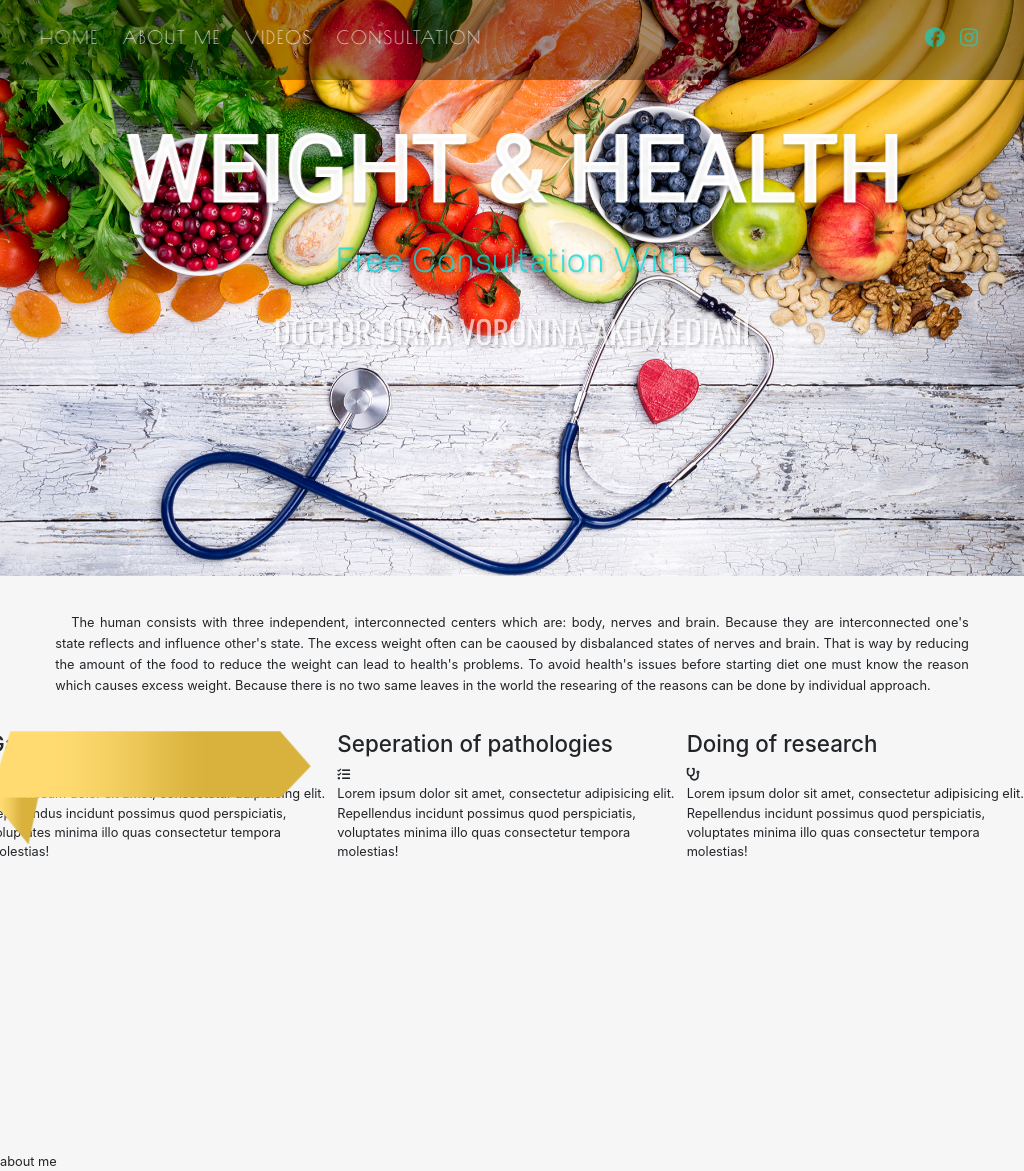
Repository: Aleksandre19/cv-ucmp
Page: index.html
The author's editor kept a record of every edit. The page is drawn from the files as they stood at one moment, then again after the next edit.
The browser window is 1280 px wide. The pictures show the whole page, at 80% of full size.
Backgrounds fixed to the window are drawn as part of the page. Some web libraries are served in a nearby version.

Above is the page before.

### index.html
<!DOCTYPE html>
<html lang="en">

<head>
    <meta charset="UTF-8">
    <meta name="viewport" content="width=device-width, initial-scale=1.0">
    <meta http-equiv="X-UA-Compatible" content="ie=edge">
    <link rel="stylesheet" href="https://stackpath.bootstrapcdn.com/bootstrap/4.4.1/css/bootstrap.min.css" integrity="sha384-Vkoo8x4CGsO3+Hhxv8T/Q5PaXtkKtu6ug5TOeNV6gBiFeWPGFN9MuhOf23Q9Ifjh" crossorigin="anonymous">
    <link rel="stylesheet" href="https://cdnjs.cloudflare.com/ajax/libs/hover.css/2.3.1/css/hover-min.css" type="text/css" />
    <link rel="stylesheet" href="https://cdnjs.cloudflare.com/ajax/libs/font-awesome/5.11.2/css/all.min.css" type="text/css" />
    <link rel="stylesheet" href="assets/css/style.css" type="text/css" />
    <title>Document</title>


</head>

<body>



    <!-- HEADER -->
    <header class="container-fluid header no-gutters">
        <div class="row menuSlWrapper">

            <!-- TOP MAIN MENU -->
            <div class="col-8 col-sm-9 col-md-10 top-menu-wrapper">
                <nav class="navbar navbar-expand-md navbar-light main-menu">
                    <button class="navbar-toggler purple darken-3" type="button" data-toggle="collapse" data-target="#mainMenuDropdown" aria-controls="mainMenuDropdown" aria-expanded="false" aria-label="Toggle navigation">
                        <span class="navbar-toggler-icon"></span>
                    </button>
                    <div class="collapse navbar-collapse" id="mainMenuDropdown">
                        <ul class="navbar-nav mr-auto  ">
                            <li class="navbar-item"><a href="#" class="hvr-float ">home</a></li>
                            <li class="navbar-item"><a href="#" class="hvr-float">about me</a></li>
                            <li class="navbar-item"><a href="#" class="hvr-float">videos</a></li>
                            <li class="navbar-item"><a href="#" class="hvr-float">consultation</a></li>
                        </ul>
                    </div>
                </nav>
            </div>
            <!-- / TOP MAIN MENU -->

            <!-- TOP SOCIAL LINKS -->
            <div class="col-4 col-sm-3 col-md-2 social-links">
                <div class="row">
                    <div class="sl-wrapper">
                        <a href="http://www.facebook.com" target="_blank"><i class="fab fa-facebook"></i></a>
                        <a href="http://www.instagram.com" target="_blank"><i class="fab fa-instagram"></i></a>
                    </div>
                </div>
            </div>
            <!-- /TOP SOCIAL LINKS -->

        </div>
    </header>
    <!-- /HEADER -->


    <section class="container-fluid sections ">
        <!-- Here goes background slideshow's images -->
        <div class="container-fluid slideshow">

            <!-- /Welcoming text animations's container-->
        </div>
    </section>
    <div class="text-container">
        <!-- Welcoming text animations's container-->
        <div id="wh-container">
            <!-- Weight & Health's svg file container  -->
            <!-- Weight & Health's svg file -->
            <svg id="logo" width="100%" height="97" viewBox="0 0 973 97" fill="none" xmlns="http://www.w3.org/2000/svg">
                        <g filter="url(#filter0_d)">
                            <path d="M31.1216 59.2261L32.6938 70.0073L34.9961 60.293L51.168 3.24219H60.2646L76.0435 60.293L78.2896 70.1758L80.0303 59.1699L92.7207 3.24219H103.558L83.7363 85H73.9097L57.064 25.4224L55.7725 19.1895L54.481 25.4224L37.0176 85H27.1909L7.42529 3.24219H18.2065L31.1216 59.2261Z" stroke="white" stroke-width="4" mask="url(#path-1-outside-1)"/>
                            <path d="M161.788 47.2095H126.356V76.1841H167.516V85H115.575V3.24219H166.954V12.1143H126.356V38.3936H161.788V47.2095Z" stroke="white" stroke-width="4" mask="url(#path-1-outside-1)"/>
                            <path d="M192.503 85H181.722V3.24219H192.503V85Z" stroke="white" stroke-width="4" mask="url(#path-1-outside-1)"/>
                            <path d="M272.633 74.2749C269.863 78.243 265.988 81.2191 261.009 83.2031C256.068 85.1497 250.303 86.123 243.714 86.123C237.051 86.123 231.136 84.5695 225.97 81.4624C220.804 78.3179 216.799 73.8631 213.954 68.0981C211.146 62.3332 209.705 55.651 209.63 48.0518V40.9204C209.63 28.6043 212.494 19.0584 218.221 12.2827C223.986 5.507 232.072 2.11914 242.479 2.11914C251.014 2.11914 257.883 4.30908 263.087 8.68896C268.29 13.0314 271.472 19.2082 272.633 27.2192H261.852C259.83 16.4006 253.391 10.9912 242.535 10.9912C235.31 10.9912 229.826 13.5368 226.083 18.6279C222.376 23.6816 220.505 31.0189 220.467 40.6396V47.3218C220.467 56.4933 222.564 63.7931 226.756 69.2212C230.949 74.6118 236.62 77.3071 243.771 77.3071C247.813 77.3071 251.351 76.8579 254.383 75.9595C257.416 75.061 259.924 73.5449 261.908 71.4111V53.0493H242.984V44.2896H272.633V74.2749Z" stroke="white" stroke-width="4" mask="url(#path-1-outside-1)"/>
                            <path d="M353.492 85H342.655V47.2095H301.439V85H290.658V3.24219H301.439V38.3936H342.655V3.24219H353.492V85Z" stroke="white" stroke-width="4" mask="url(#path-1-outside-1)"/>
                            <path d="M427.445 12.1143H401.166V85H390.44V12.1143H364.217V3.24219H427.445V12.1143Z" stroke="white" stroke-width="4" mask="url(#path-1-outside-1)"/>
                            <path d="M462.035 63.0444C462.035 59.1138 463.12 55.5013 465.292 52.207C467.5 48.9128 471.693 45.0757 477.87 40.6958C474.238 36.2785 471.805 32.7222 470.57 30.0269C469.334 27.3315 468.717 24.6549 468.717 21.9971C468.717 15.7829 470.551 10.9163 474.22 7.39746C477.888 3.87858 482.867 2.11914 489.156 2.11914C494.771 2.11914 499.413 3.76628 503.082 7.06055C506.751 10.3174 508.585 14.4352 508.585 19.4141C508.585 22.7083 507.743 25.7593 506.058 28.5669C504.411 31.3371 501.51 34.257 497.354 37.3267L491.346 41.7627L509.54 63.4937C512.085 58.6271 513.358 53.2178 513.358 47.2656H522.735C522.735 56.8115 520.433 64.729 515.829 71.0181L527.508 85H515.042L509.596 78.5425C506.826 81.0132 503.569 82.9036 499.825 84.2139C496.119 85.4867 492.338 86.123 488.482 86.123C480.509 86.123 474.107 84.008 469.278 79.7778C464.449 75.5477 462.035 69.9699 462.035 63.0444ZM488.482 77.644C493.985 77.644 499.02 75.5477 503.587 71.355L483.653 47.4902L481.8 48.8379C475.549 53.4424 472.423 58.1779 472.423 63.0444C472.423 67.4618 473.845 70.9993 476.69 73.6572C479.573 76.3151 483.504 77.644 488.482 77.644ZM479.105 21.6602C479.105 25.2539 481.314 29.7461 485.731 35.1367L492.357 30.4761C494.903 28.6792 496.643 26.9759 497.579 25.3662C498.515 23.7191 498.983 21.735 498.983 19.4141C498.983 16.9059 498.047 14.8283 496.175 13.1812C494.304 11.4966 491.945 10.6543 489.1 10.6543C486.03 10.6543 483.597 11.7025 481.8 13.7988C480.003 15.8577 479.105 18.4782 479.105 21.6602Z" stroke="white" stroke-width="4" mask="url(#path-1-outside-1)"/>
                            <path d="M628.751 85H617.914V47.2095H576.698V85H565.917V3.24219H576.698V38.3936H617.914V3.24219H628.751V85Z" stroke="white" stroke-width="4" mask="url(#path-1-outside-1)"/>
                            <path d="M694.112 47.2095H658.68V76.1841H699.84V85H647.899V3.24219H699.278V12.1143H658.68V38.3936H694.112V47.2095Z" stroke="white" stroke-width="4" mask="url(#path-1-outside-1)"/>
                            <path d="M758.407 63.6621H724.154L716.461 85H705.343L736.563 3.24219H745.997L777.274 85H766.212L758.407 63.6621ZM727.411 54.79H755.206L741.28 16.5503L727.411 54.79Z" stroke="white" stroke-width="4" mask="url(#path-1-outside-1)"/>
                            <path d="M799.117 76.1841H837.862V85H788.28V3.24219H799.117V76.1841Z" stroke="white" stroke-width="4" mask="url(#path-1-outside-1)"/>
                            <path d="M891.151 12.1143H864.872V85H854.146V12.1143H827.923V3.24219H891.151V12.1143Z" stroke="white" stroke-width="4" mask="url(#path-1-outside-1)"/>
                            <path d="M966.114 85H955.277V47.2095H914.061V85H903.28V3.24219H914.061V38.3936H955.277V3.24219H966.114V85Z" stroke="white" stroke-width="4" mask="url(#path-1-outside-1)"/>
                        </g>
                        <defs>
                            <filter id="filter0_d" x="0.884155" y="0.119141" width="971.23" height="96.0039" filterUnits="userSpaceOnUse" color-interpolation-filters="sRGB">
                                <feFlood flood-opacity="0" result="BackgroundImageFix"/>
                                <feColorMatrix in="SourceAlpha" type="matrix" values="0 0 0 0 0 0 0 0 0 0 0 0 0 0 0 0 0 0 127 0"/>
                                <feOffset dy="4"/>
                                <feGaussianBlur stdDeviation="2"/>
                                <feColorMatrix type="matrix" values="0 0 0 0 0 0 0 0 0 0 0 0 0 0 0 0 0 0 0.20 0"/>
                                <feBlend mode="normal" in2="BackgroundImageFix" result="effect1_dropShadow"/>
                                <feBlend mode="normal" in="SourceGraphic" in2="effect1_dropShadow" result="shape"/>
                            </filter>
                        </defs>
                    </svg>
            <!-- /Weight & Health's svg file -->
            <span class="sr-only"> Weight & Health </span>
            <!-- Span for screen reader -->
        </div>
        <!-- Weight & Health's svg file container  -->

        <!-- Consultation section -->
        <div id="free-consultation-text">
            <h1>Free Consultation With </h1>
        </div>
        <!-- /Consultation section -->

        <!-- Diana's section -->
        <div id="diana">
            <h2>
                Doctor Diana Voronina-Akhvlediani
            </h2>
        </div>
        <!--/ Diana's section -->

        <p><button class="btn btn-lg btn-signUp" data-toggle="modal" data-target="#signUpModal">Sign Up</button></p>
        <!-- Sing up button -->

    </div>


    <!-- Individual approach section-->
    <section class="sections gathering-section">

        <article class="description">
            <p>
                The human consists with three independent, interconnected centers which are: body, nerves and brain.
                Because they are interconnected one's state reflects and influence other's state.
                The excess weight often can be caoused by disbalanced states of nerves and brain.
                That is way by reducing the amount of the food to reduce the weight can lead to health's problems.
                To avoid health's issues before starting diet one must know the reason which causes excess weight.
                Because there is no two same leaves in the world the researing of the reasons can be done by individual approach.
            </p>


        </article>
        <div class="container-fluid approach-steps-wrapper">
            <div class="row">
                <div class="col-sm-4 approach-steps gathering-information">
                    <div class="row">
                        <article>
                            <h3 class="steps-title gathering-title">
                                Gathering approach
                            </h3>
                            <i class="far fa-comments"></i>
                            <p class="steps-text gathering-text">
                                Lorem ipsum dolor sit amet,
                                consectetur adipisicing elit.
                                Repellendus incidunt possimus quod
                                perspiciatis, voluptates minima illo quas
                                consectetur tempora molestias!

                            </p>
                        </article>
                    </div>
                </div>

                <div class="col-sm-4 approach-steps separation">
                    <div class="row">
                        <article>
                            <h3 class="steps-title separation-title">
                                Seperation of pathologies
                            </h3>
                            <i class="fas fa-tasks"></i>
                            <p class="steps-text separation-text">
                                Lorem ipsum dolor sit amet,
                                consectetur adipisicing elit.
                                Repellendus incidunt possimus quod
                                perspiciatis, voluptates minima illo quas
                                consectetur tempora molestias!
                            </p>
                        </article>
                    </div>
                </div>

                <div class="col-sm-4 approach-steps research">
                    <div class="row">
                        <article>
                            <h3 class="steps-title research-title">
                                Doing of research
                            </h3>
                            <i class="fas fa-stethoscope"></i>
                            <p class="steps-text research-text">
                                Lorem ipsum dolor sit amet,
                                consectetur adipisicing elit.
                                Repellendus incidunt possimus quod
                                perspiciatis, voluptates minima illo quas
                                consectetur tempora molestias!
                            </p>
                        </article>
                    </div>
                </div>
            </div>
        </div>

    </section>
    <!-- /Individual approach section-->


    <!-- About Me section-->
    <section>
        about me
    </section>
    <!-- /About Me section-->


    <!-- Videos section-->
    <section>

    </section>
    <!-- /Videos section-->


    <!-- Feedbacks section-->
    <section>

    </section>
    <!-- /Feedbacks section-->


    <!-- Consultation's section-->
    <section>

    </section>
    <!-- /Consultation's section-->


    <!-- footer section -->
    <footer>

    </footer>
    <!-- /footer section -->

    <!-- / All site wrapper div -->

    <!-- Sign up pop up -->
    <div id="modalContainer">
        <div class="modal" tabindex="-1" role="dialog" id="signUpModal">
            <div class="modal-dialog" role="document">
                <div class="modal-content">
                    <div class="modal-header">

                        <h3>
                            For more information please fill the from below and i will reach you within 24 hours.
                        </h3>

                        <button type="button" class="close" data-dismiss="modal" aria-label="Close">
                              <span aria-hidden="true">&times;</span>
                        </button>
                    </div>
                    <div class="modal-body">
                        <form>
                            <div class="form-group">
                                <label for="formGroupExampleInput">Example label</label>
                                <input type="text" class="form-control" id="formGroupExampleInput">
                            </div>
                            <div class="form-group">
                                <label for="exampleInputEmail1">Email address</label>
                                <input type="email" class="form-control" id="exampleInputEmail1" aria-describedby="emailHelp">
                                <small id="emailHelp" class="form-text text-muted">I'll never share your email with anyone else.</small>
                            </div>
                            <div class="form-group">
                                <label for="exampleFormControlTextarea1">Example textarea</label>
                                <textarea class="form-control" id="exampleFormControlTextarea1" rows="3"></textarea>
                            </div>
                            <div class="btn-moddal-wrapper">
                                <button type="submit" class="btn btn-modal">SEND</button>
                                </p>
                        </form>

                        </div>
                    </div>
                </div>
            </div>
            <!-- /Sign up pop up -->

            <!-- Bootstrap's javascript links-->
            <script src="https://code.jquery.com/jquery-3.4.1.slim.min.js" integrity="sha384-J6qa4849blE2+poT4WnyKhv5vZF5SrPo0iEjwBvKU7imGFAV0wwj1yYfoRSJoZ+n" crossorigin="anonymous"></script>
            <script src="https://cdn.jsdelivr.net/npm/popper.js@1.16.0/dist/umd/popper.min.js" integrity="sha384-Q6E9RHvbIyZFJoft+2mJbHaEWldlvI9IOYy5n3zV9zzTtmI3UksdQRVvoxMfooAo" crossorigin="anonymous"></script>
            <script src="https://stackpath.bootstrapcdn.com/bootstrap/4.4.1/js/bootstrap.min.js" integrity="sha384-wfSDF2E50Y2D1uUdj0O3uMBJnjuUD4Ih7YwaYd1iqfktj0Uod8GCExl3Og8ifwB6" crossorigin="anonymous"></script>
            <!-- /Bootstrap's javascript links-->
</body>

</html>

Loaded but not shown: assets/css/style.css (1156 lines, source omitted)

After the next edit:
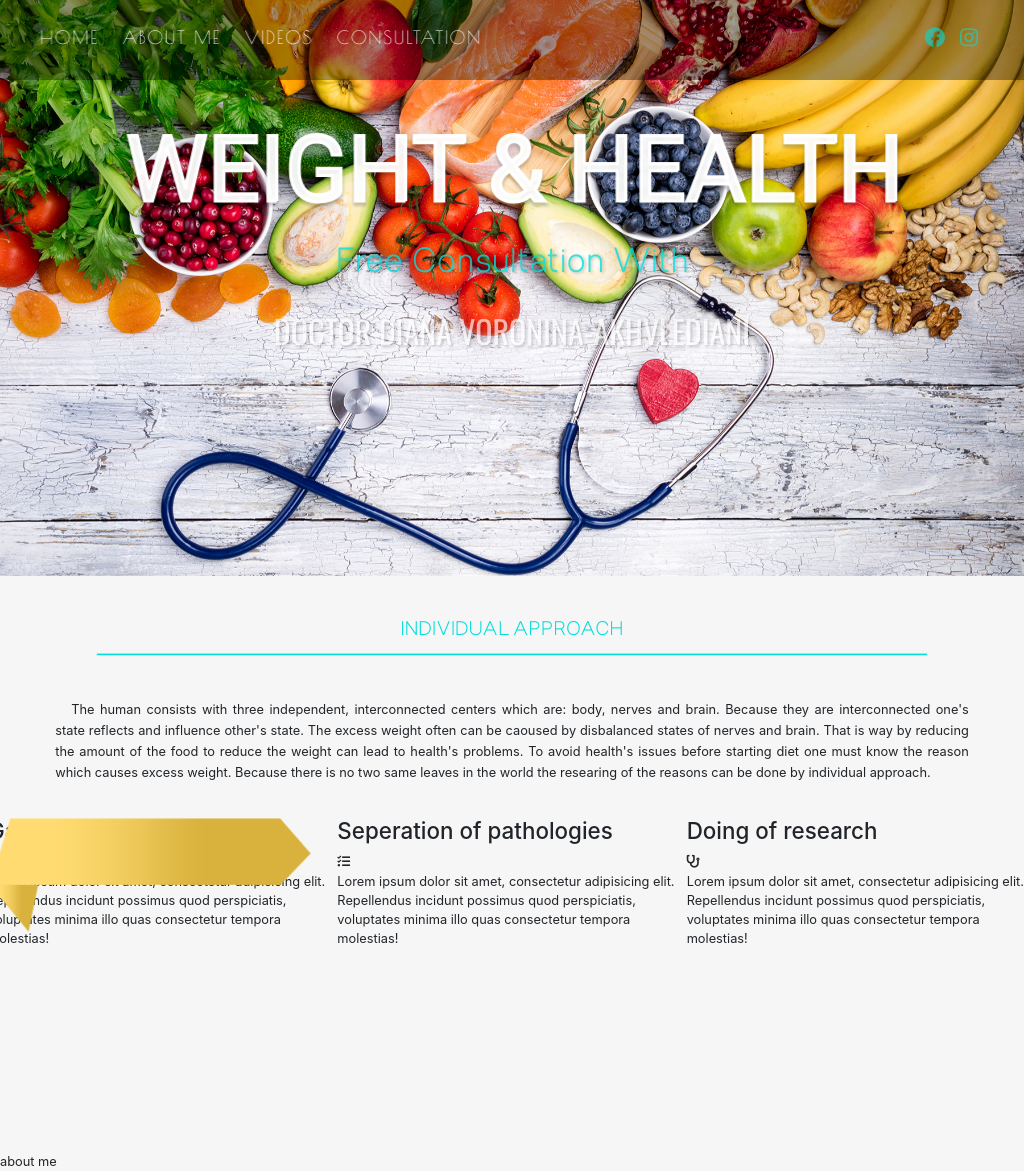
The edit:
--- a/index.html
+++ b/index.html
@@ -126,6 +126,10 @@
     <section class="sections gathering-section">
 
         <article class="description">
+            <h2 class="section-title individual-title">
+                Individual approach
+                <hr class="section-title-underline individual-title-underline">
+            </h2>
             <p>
                 The human consists with three independent, interconnected centers which are: body, nerves and brain.
                 Because they are interconnected one's state reflects and influence other's state.
